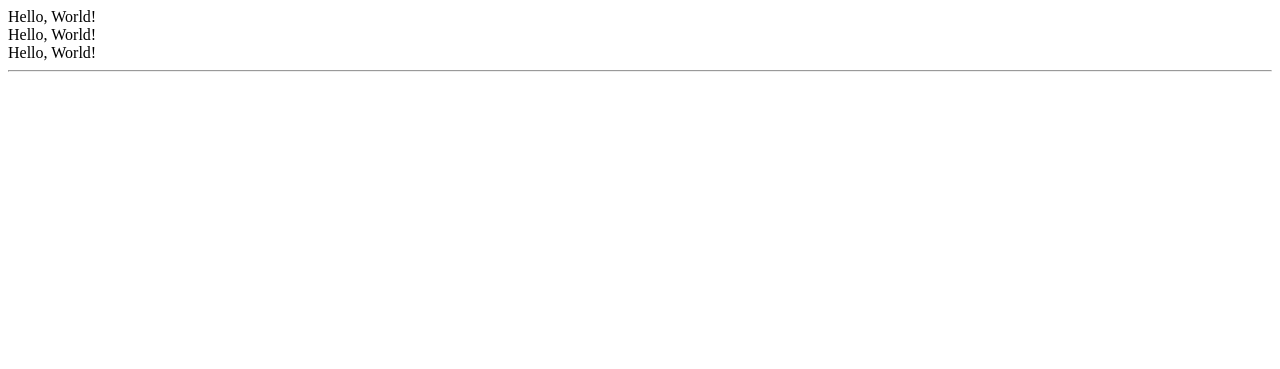
Repository: KimMinseooo/itwillStudy
Page: BACKEND/JSP/workspace_jsp/StudyJavascript/src/main/webapp/js04_1031/test10.html
An editor plug-in stored every save of this project. The page is shown before and after the next save, followed by the edit.
The browser window is 1280 px wide. The pictures show the whole page.

Above is the page before, as saved 2024-10-31 00:42:35.

### BACKEND/JSP/workspace_jsp/StudyJavascript/src/main/webapp/js04_1031/test10.html
<!DOCTYPE html>
<html>
<head>
<meta charset="UTF-8">
<title>Insert title here</title>
<script type="text/javascript">

/*
	[ 반복문 - loop ]
	- for문과 while 문(do-while)으로 나뉨
	- for문은 주로 반복횟수가 정해져 있는 경우에 사용하고
	  while문은 주로 반복 횟수가 정해져 있지 않은 경우에 사용함

	[for문]
	for (초기식(1); 조건식(2);증감식(4)) {
		// (3) 조건식 판별 결과가 true일 경우 반복 수행할 문장들....
	}

	1) 초기식: 반복 횟수를 결정하는데 사용할 변수 값을 초기화하는 코드 (변수 선언도 가능)
	2) 조건식: 반복 횟수를 결정하는데 사용되는 목표값을 지정하는 식
			=> 판별 결과가 true이면 블럭 내의 코드를 실행, false이면 for문 종료
	3) 실행문: 조건식 판별 결과가 true 일 떄 실행할 문장들을 기술
	4) 증감식: 반복 횟수를 결정하는데 사용되는 변수의 증감을 위한 식
		-> for문은 최초 1번을 한번 실행 한 후 2번 조건식을 판별하여 true일 동안
			3 -> 4 -> 2  과정을 반복 실행

	for (let i = 0; i< 10; i++) {
		console.log(i);
	}

*
*/

	for (let i =0; i<3; i++) {
		document.write("Hello, World!<br>");
	}

	// 주의! for문 등의 중괄호 외부에서 중괄호 내부의 변수값에 접근하려면
	// let 대신 var를 통해 변수 선언이 필요하다!
// 	document.write("for문 종료 후 i값 =" +i);
	document.write("<hr>");

	// 자신의 이름을 10번 반복 출력하기
	// => 출력형식) "xx: 차동원" (xx 자리에 i값 출력)

	for (let i=0;i<10;i++) {
		console.log(i+": " +"김민서");
	}

</script>
</head>
<body>

</body>
</html>

After the next save:
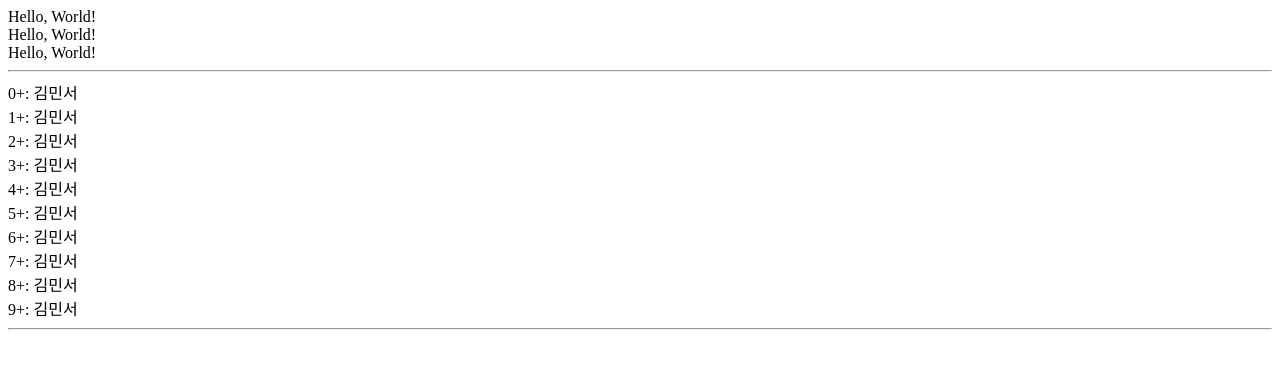
Saved 84 s later.
--- a/BACKEND/JSP/workspace_jsp/StudyJavascript/src/main/webapp/js04_1031/test10.html
+++ b/BACKEND/JSP/workspace_jsp/StudyJavascript/src/main/webapp/js04_1031/test10.html
@@ -45,7 +45,9 @@
 
 	for (let i=0;i<10;i++) {
 		console.log(i+": " +"김민서");
+		document.write(`${i}+: 김민서<br>`);
 	}
+	document.write("<hr>");
 
 </script>
 </head>
